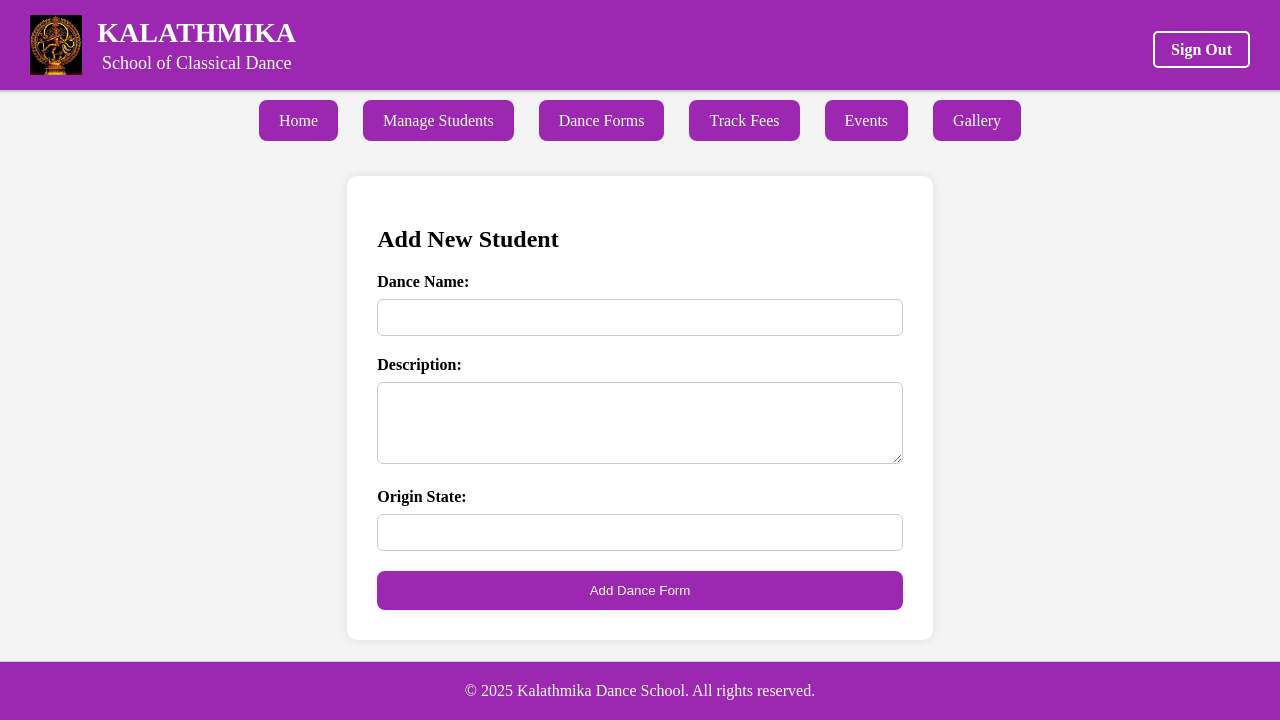
Repository: ammubancilal/LUMINAR-JDK17-STS4-SPRINGBOOT-KALATHMIKA-DANCESCHOOL
Page: http://localhost/springboot-jsp-kalathmika/WEB-INF/jsp/addClassSchedule.jsp
The author's editor kept a copy of each file at every save. The page is drawn from the files as they stood at one save, then again after the next save.
The browser window is 1280 px wide. The pictures show the whole page.
The page is served by Tomcat 10. Nobody is signed in. Other server files are loaded and not shown. The template is opened directly, without the code that normally fills it, so the values that code supplies are empty.

Above is the page before, as saved 2025-04-29 18:32:38.

### springboot-jsp-kalathmika/src/main/webapp/WEB-INF/jsp/addClassSchedule.jsp
<%@ page contentType="text/html;charset=UTF-8" language="java" %>
<%@ include file="header.jsp" %>
<!DOCTYPE html>
<html>
<head>
    <title>Add New Class Schedule</title>
    <style>
     ul.nav-menu {
            list-style-type: none;
            padding: 0;
            margin: 20px auto 0 auto;
            display: flex;
            justify-content: center;
            gap: 25px;
        }

        ul.nav-menu li a {
            text-decoration: none;
            background-color: #9C27B0;
            color: white;
            padding: 12px 20px;
            border-radius: 8px;
        }

        ul.nav-menu li a:hover {
            background-color: #7B1FA2;
        }
        /* body {
            font-family: Arial, sans-serif;
            background: #f2f2f2;
            padding: 30px;
        }
 */
        .form-container {
            max-width: 600px;
            margin: auto;
            background: white;
            padding: 30px;
            box-shadow: 0 0 10px rgba(0,0,0,0.1);
            border-radius: 10px;
        }



        input, select, textarea {
            width: 100%;
            padding: 10px;
            margin-top: 8px;
            margin-bottom: 20px;
            border: 1px solid #ccc;
            border-radius: 6px;
        }

        label {
            font-weight: bold;
        }

        .btn-submit {
            background-color: #9C27B0;
            color: white;
            padding: 12px;
            border: none;
            border-radius: 8px;
            cursor: pointer;
            width: 100%;
        }

        .btn-submit:hover {
            background-color: #7B1FA2;
        }
    </style>
</head>
<body>

<nav>
    <ul class="nav-menu">
    <li><a href="/admin/dashboard">Home</a></li>
        <li><a href="/admin/manageStudents">Manage Students</a></li>
        <li><a href="/admin/danceForms">Dance Forms</a></li>
        <li><a href="/admin/trackFees">Track Fees</a></li>
        <li><a href="/admin/Events">Events</a></li>
        <li><a href="/admin/Gallery">Gallery</a></li>

    </ul>
</nav>
<br><br>
<div class="form-container">
    <h2>Add New Student</h2>
    <form action="${pageContext.request.contextPath}/admin/saveDance" method="post">
         <div>
    <label for="dance_name">Dance Name:</label>
    <input type="text" id="dance_name" name="dance_name" required>
  </div>

  <div>
    <label for="dance_desc">Description:</label>
    <textarea id="dance_desc" name="dance_desc" rows="4" cols="50" required></textarea>
  </div>

  <div>
    <label for="dance_origin_state">Origin State:</label>
    <input type="text" id="dance_origin_state" name="dance_origin_state" required>
  </div>

        <button type="submit" class="btn-submit">Add Dance Form</button>
    </form>
</div>

</body>
</html>
<%@ include file="footer.jsp" %>

### springboot-jsp-kalathmika/src/main/webapp/WEB-INF/jsp/header.jsp
<%@ page contentType="text/html;charset=UTF-8"%>
<!DOCTYPE html>
<html lang="en">
<head>
    <meta charset="UTF-8">
    <meta name="viewport" content="width=device-width, initial-scale=1.0">
    <title>Kalathmika Admin Dashboard</title>
    <style>
       html, body {
    height: 100%;
    margin: 0;
    padding: 0;
    overflow-x: hidden; /* 👈 Prevents horizontal scroll */
    box-sizing: border-box; /* 👈 Makes widths/paddings behave properly */
    background-color: #f4f4f4;
}

* {
    box-sizing: inherit;
    max-width: 100%; /* Prevents child elements from breaking the layout */
}

        /* Header section styling */
        .header {
            background-color: #9C27B0;
            padding: 15px 30px;
            display: flex;
            justify-content: space-between;
            align-items: center;
            box-shadow: 0 2px 5px rgba(0, 0, 0, 0.1);
            color: white;
            flex-wrap: wrap;
            width: 100%; /* Add this */

        }

        .header-left {
            display: flex;
            align-items: center;
            gap: 15px;
        }

        .header-left img {
            height: 60px;
            width: auto;
        }

        .text-block {
            display: flex;
            flex-direction: column;
            justify-content: center;
            text-align: center;
        }

        .text-block h1 {
            margin: 0;
            font-size: 28px;
            font-weight: bold;
        }

        .text-block h2 {
            margin: 4px 0 0 0;
            font-size: 18px;
            font-weight: normal;
        }

        .header-right {
            margin-top: 10px;
        }

        .header-right a {
            text-decoration: none;
            color: white;
            font-weight: bold;
            padding: 8px 16px;
            border: 2px solid white;
            border-radius: 5px;
            transition: background-color 0.3s, color 0.3s;
        }

        .header-right a:hover {
            background-color: white;
            color: #9C27B0;
        }

        hr {
            border: 1px solid #ccc;
            margin: 0;
        }

        /* Responsive design */
        @media (max-width: 600px) {
            .header {
                flex-direction: column;
                text-align: center;
            }

            .header-left {
                flex-direction: column;
                align-items: center;
            }

            .header-right {
                margin-top: 10px;
            }

            .text-block h1 {
                font-size: 22px;
            }

            .text-block h2 {
                font-size: 16px;
            }
        }
    </style>
</head>
<body>

    <div class="header">
        <div class="header-left">
            <img src="${pageContext.request.contextPath}/images/nadaraja.jpg" alt="Kalathmika Logo">
            <div class="text-block">
                <h1>KALATHMIKA</h1>
                <h2>School of Classical Dance</h2>
            </div>
        </div>
        <div class="header-right">
            <a href="${pageContext.request.contextPath}/index">Sign Out</a>
        </div>
    </div>

    <hr>

</body>
</html>

### springboot-jsp-kalathmika/src/main/webapp/WEB-INF/jsp/footer.jsp
<%@ page contentType="text/html;charset=UTF-8" %>
<!DOCTYPE html>
<html lang="en">
<head>
    <meta charset="UTF-8">
    <meta name="viewport" content="width=device-width, initial-scale=1.0">
    <title>Kalathmika Footer</title>
    <style>
        /* General styling for the body and layout */
        html, body {
            height: 100%; /* Ensures the body takes up the full height of the screen */
            margin: 0; /* Removes default margin */
            display: flex;
            flex-direction: column; /* Stacks the content vertically */
        }

        /* Main content area */
        .content {
            flex-grow: 1; /* Takes up the remaining space to push the footer to the bottom */
        }

        /* Footer section styling */
        .footer {
            text-align: center;
            padding: 20px;
            font-size: 16px;
            color: #fff;
            background-color: #9C27B0;
            border-top: 1px solid #ccc;
            margin-top: auto; /* Push footer to bottom if there's space */
        width: 100%;
        }

        .footer a {
            color: #fff;
            text-decoration: none;
        }

        .footer a:hover {
            text-decoration: underline;
        }
    </style>
</head>
<body>

   <!--  <div class="content">
        Your main content goes here

    </div> -->

    <div class="footer">
        &copy; 2025 Kalathmika Dance School. All rights reserved.
    </div>

</body>
</html>

After the next save:
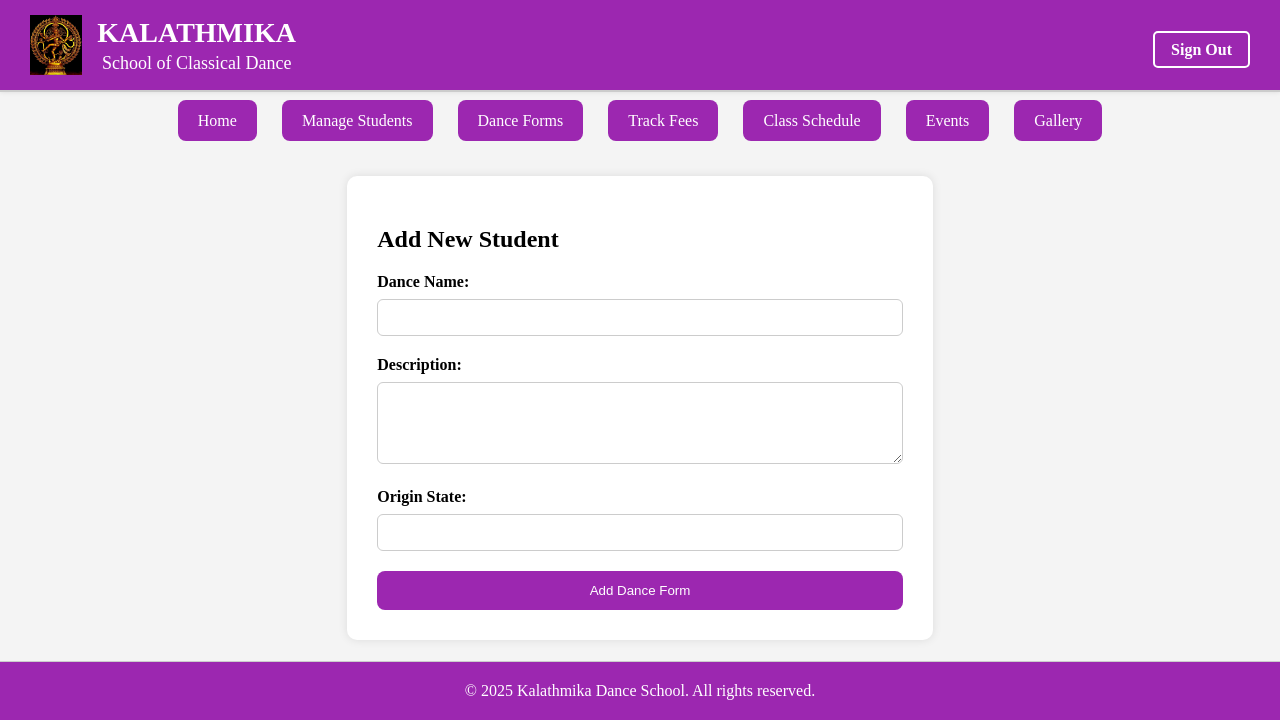
Saved 41 s later.
--- a/springboot-jsp-kalathmika/src/main/webapp/WEB-INF/jsp/addClassSchedule.jsp
+++ b/springboot-jsp-kalathmika/src/main/webapp/WEB-INF/jsp/addClassSchedule.jsp
@@ -78,6 +78,7 @@
         <li><a href="/admin/manageStudents">Manage Students</a></li>
         <li><a href="/admin/danceForms">Dance Forms</a></li>
         <li><a href="/admin/trackFees">Track Fees</a></li>
+         <li><a href="/admin/classSchedule">Class Schedule</a></li>
         <li><a href="/admin/Events">Events</a></li>
         <li><a href="/admin/Gallery">Gallery</a></li>
 
